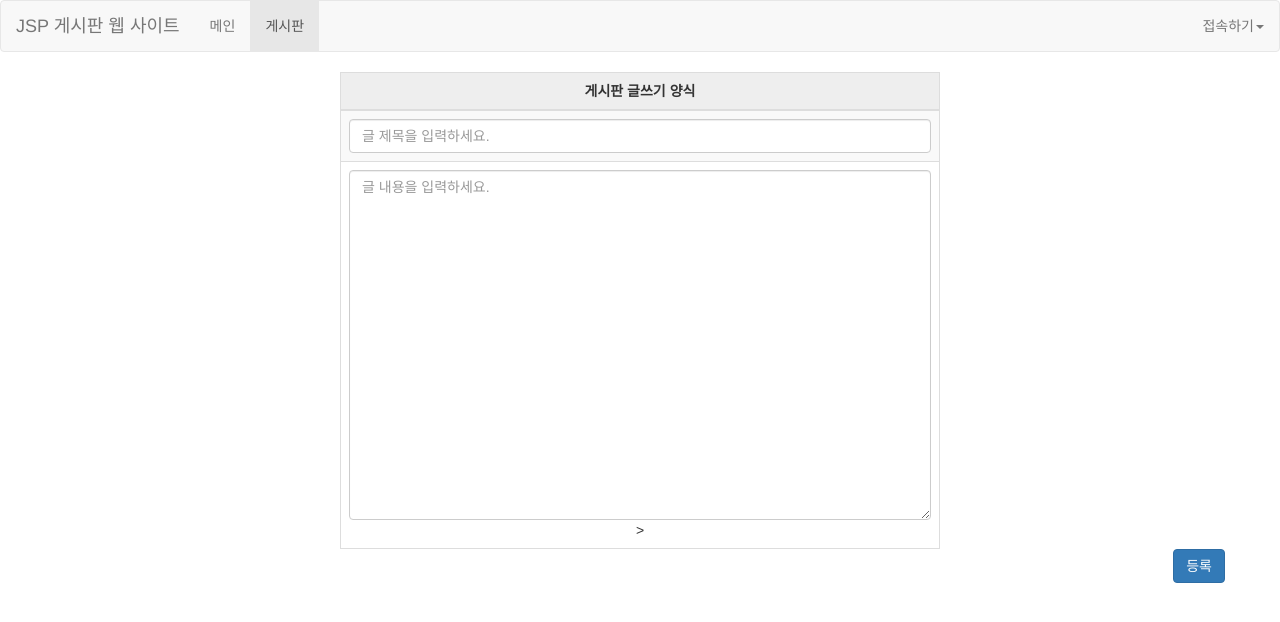
Repository: flown222/JSP_BasicWebsite_Project
Page: http://localhost/BBS/write.jsp
The author's editor kept a copy of each file at every save. The page is drawn from the files as they stood at one save, then again after the next save.
The browser window is 1280 px wide. The pictures show the whole page.
The page is served by Tomcat 9.

Above is the page before, as saved 2022-08-21 07:34:57.

After the next save:
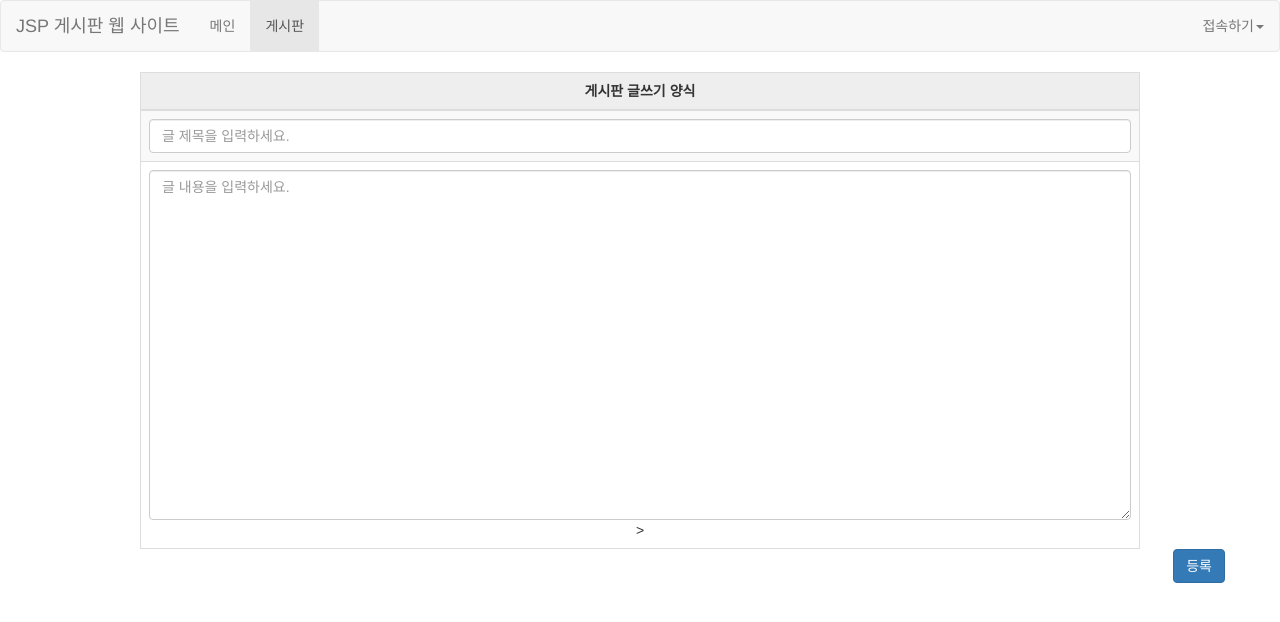
Saved 11 s later.
--- a/projects /BBS/src/main/webapp/write.jsp
+++ b/projects /BBS/src/main/webapp/write.jsp
@@ -72,7 +72,7 @@
 		<div class="row">
 			<form method="post" action= "writeAction.jsp">
 				<table class="table table-striped" style="text-align : center; border: 1px solid #dddddd;
-					margin:auto; width:600px;">
+					margin:auto; width:1000px;">
 					<thead>
 						<tr>
 							<th colspan="2" style="background-color: #eeeeee; text-align: center;">게시판 글쓰기 양식</th>
